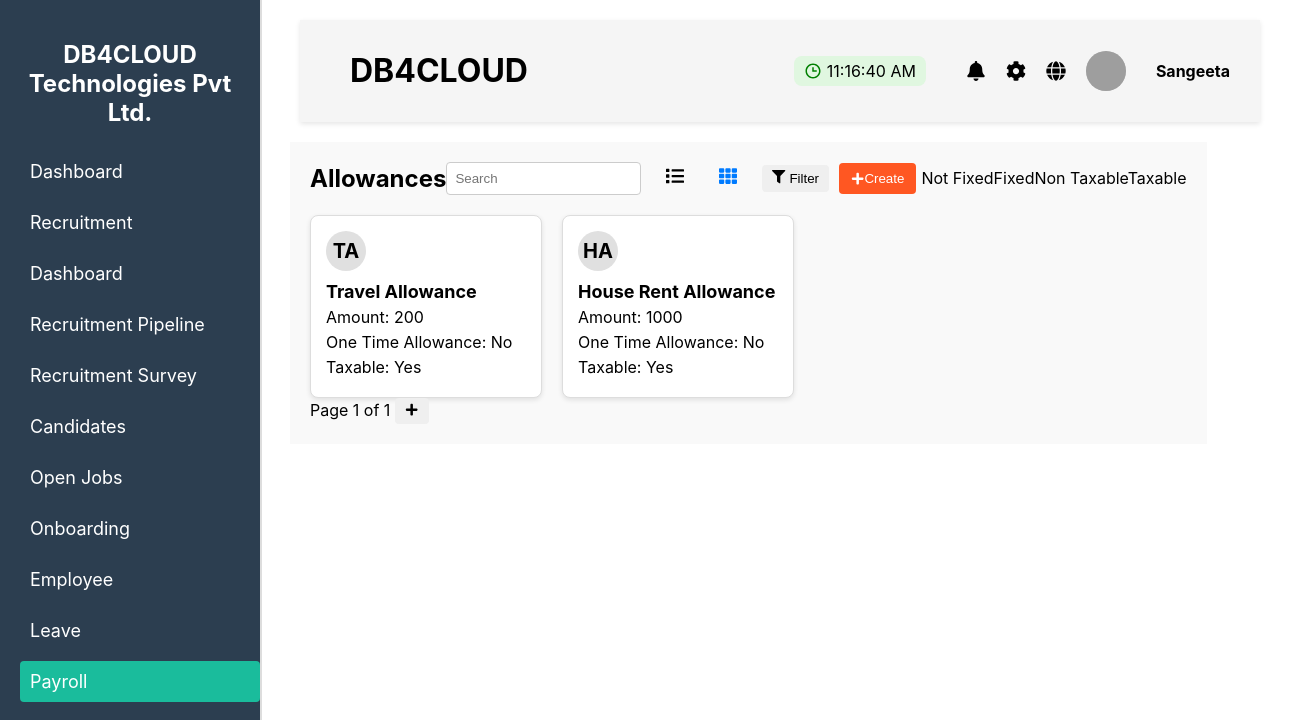
Repository: tinu-ns/Dev-code
Page: /payroll/allowances (app in HRMS-DEMO-Sang/hrms/)
The author's editor kept a copy of each file at every save. The page is drawn from the files as they stood at one save, then again after the next save.
The browser window is 1280 px wide. The page is 1280 px wide, then 1309 px, so the pictures cover 1309 px, including what lies to the right of the window. The pictures show the whole page.
Pictures or frames that could not be fetched are drawn as grey boxes. The project was rebuilt for these pictures with package versions that can differ from the ones it lists, and the page was loaded fresh each time. Also part of the build but not shown: HRMS-DEMO-Sang/hrms/src/components/Dashboard.js, HRMS-DEMO-Sang/hrms/src/components/Recruitment/RecruitmentDashboard.js, HRMS-DEMO-Sang/hrms/src/components/Recruitment/RecruitmentPipeline.js, HRMS-DEMO-Sang/hrms/src/components/Payroll/Contract.js, HRMS-DEMO-Sang/hrms/src/components/Payroll/Deductions.js, HRMS-DEMO-Sang/hrms/src/components/Payroll/Payslips.js, HRMS-DEMO-Sang/hrms/src/components/Payroll/PayrollDashboard.js, HRMS-DEMO-Sang/hrms/src/components/MainContent.css and 3 more.

Above is the page before, as saved 2024-11-06 15:57:42.

After the next save:
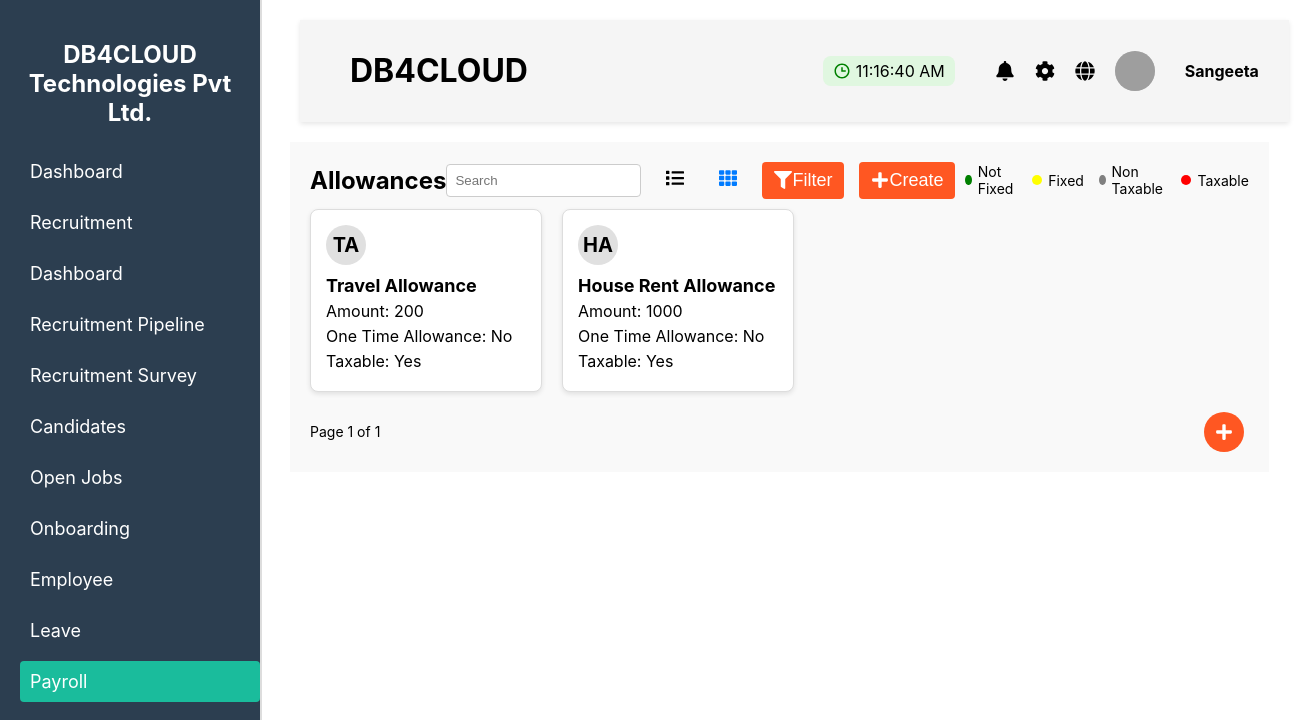
Saved 23 s later.
--- a/HRMS-DEMO-Sang/hrms/src/components/Payroll/Allowances.css
+++ b/HRMS-DEMO-Sang/hrms/src/components/Payroll/Allowances.css
@@ -7,7 +7,7 @@
     display: flex;
     justify-content: space-between;
     align-items: center;
-    margin-bottom: 20px;
+    margin-bottom: 10px;
   }
 
   .allowances-header h2 {
@@ -26,7 +26,7 @@
     border-radius: 4px;
   }
 
-  .view-toggle {
+  .view-toggle, .filter-btn, .create-btn {
     background: none;
     border: none;
     font-size: 18px;
@@ -34,19 +34,54 @@
     cursor: pointer;
   }
 
-  .view-toggle.active {
+  .view-toggle.active, .filter-btn.active, .create-btn.active {
     color: #007bff;
   }
 
-  .create-btn {
+  .filter-btn, .create-btn {
     display: flex;
     align-items: center;
     padding: 8px 12px;
     background-color: #ff5722;
     color: white;
-    border: none;
     border-radius: 4px;
     cursor: pointer;
+  }
+
+  .status-indicators {
+    display: flex;
+    gap: 15px;
+    font-size: 14px;
+  }
+
+  .dot {
+    display: inline-flex;
+    align-items: center;
+  }
+
+  .dot::before {
+    content: '';
+    display: inline-block;
+    width: 10px;
+    height: 10px;
+    margin-right: 6px;
+    border-radius: 50%;
+  }
+
+  .not-fixed::before {
+    background-color: green;
+  }
+
+  .fixed::before {
+    background-color: yellow;
+  }
+
+  .non-taxable::before {
+    background-color: gray;
+  }
+
+  .taxable::before {
+    background-color: red;
   }
 
   .card-view {
@@ -119,3 +154,28 @@
   .delete-btn {
     color: #ff5722;
   }
+
+  .footer {
+    display: flex;
+    justify-content: space-between;
+    align-items: center;
+    padding-top: 20px;
+  }
+
+  .footer span {
+    font-size: 14px;
+  }
+
+  .add-btn {
+    background-color: #ff5722;
+    color: white;
+    font-size: 18px;
+    width: 40px;
+    height: 40px;
+    border: none;
+    border-radius: 50%;
+    display: flex;
+    align-items: center;
+    justify-content: center;
+    cursor: pointer;
+  }
